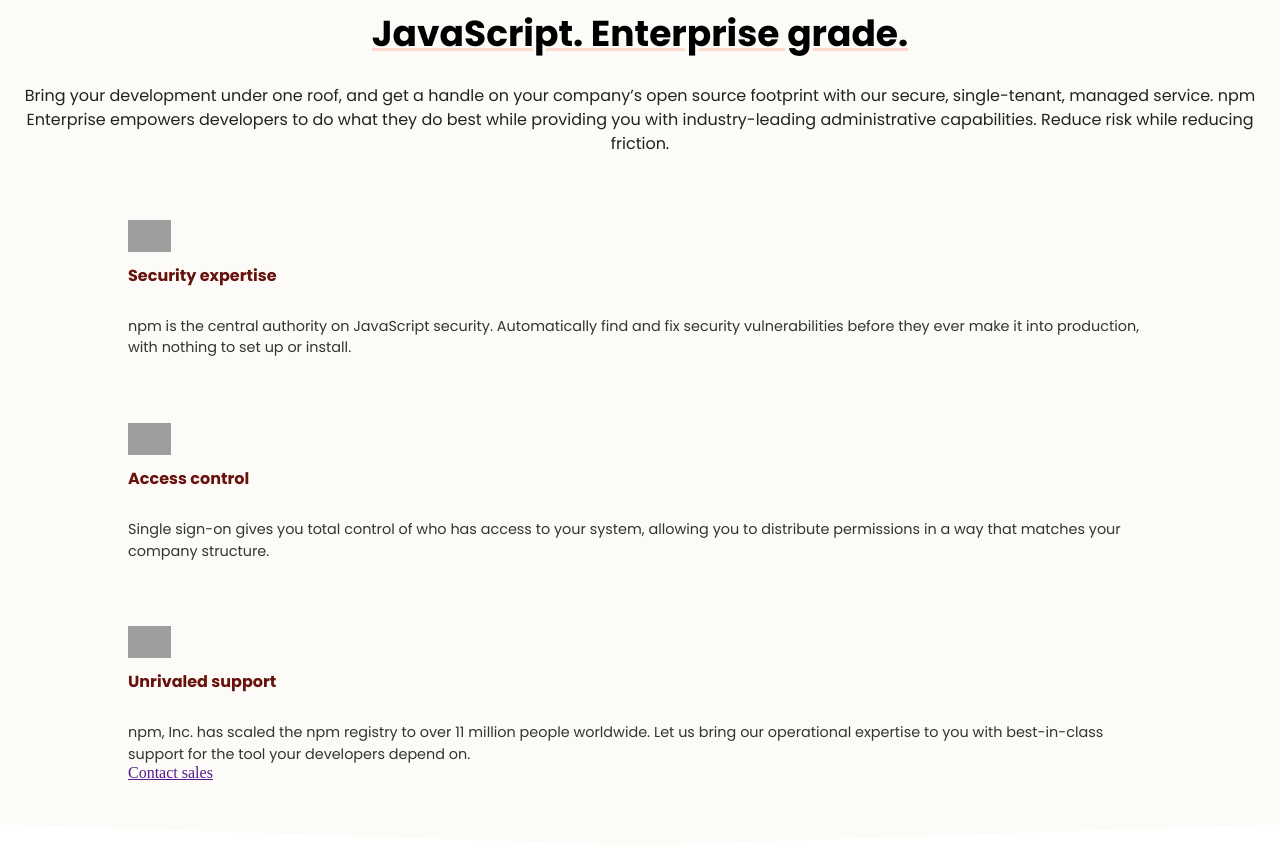
Repository: MarilynCuore/Ejercicico4
Page: index.html
These files come from the project's save history. The page is drawn as it stood at one moment and after the next save; the edit follows.
The browser window is 1280 px wide. The pictures show the part of the page from y = 2936 to 3781 px (the page is 3781 px tall before and 3717 px after).
Pictures or frames that could not be fetched are drawn as grey boxes. Some web libraries are served in a nearby version. The style sheet was rebuilt from its Sass, Less or Tailwind sources for each picture, by a compiler version that may differ from the author's.

Above is the page before, as saved 2019-05-26 22:59:23.

### index.html
<!DOCTYPE html>
<html lang="en">

<head>
    <meta charset="UTF-8">
    <meta name="viewport" content="width=device-width, initial-scale=1.0">
    <meta http-equiv="X-UA-Compatible" content="ie=edge">
    <title>Document</title>
    <link rel="stylesheet" href="./styles/styles.css">
    <link rel="stylesheet" href="./styles/reset.css">
    <link rel="stylesheet" href="https://use.fontawesome.com/releases/v5.8.2/css/all.css"
        integrity="sha384-oS3vJWv+0UjzBfQzYUhtDYW+Pj2yciDJxpsK1OYPAYjqT085Qq/1cq5FLXAZQ7Ay" crossorigin="anonymous">
</head>

<body>
    <!-- Header -->
    <header>
        <!-- Gradient -->
        <div class="gradient"></div>
        <nav class="main-nav">
            <!-- Menu -->
            <div class="principal-nav">
                <ul>
                    <li>❤</li>
                    <li><a href="">NaN producing Misery</a></li>
                </ul>
                <ul>
                    <li><a href="">npm Enterprise</a></li>
                    <li><a href="">Products</a></li>
                    <li><a href="">Solutions</a></li>
                    <li><a href="">Resources</a></li>
                    <li><a href="">Docs</a></li>
                    <li><a href="">Support</a></li>
                </ul>
            </div>
            <!-- Menu 2-->
            <div class="second-nav">
                <div class="logo">
                    <a href="">
                        <img src="./src/npmlogo.png" alt="">
                    </a>
                </div>
                <div class="login">
                    <a>Join</a>
                    <a>Log in</a>
                </div>
                <div class="search">
                    <input type="text" placeholder="Search packages">
                    <button>Search</button>
                </div>
            </div>
        </nav>
    </header>

    <!-- Section 1 -->
    <section class="principal-section">
        <div class="content-principal-section">
            <h1>Build amazing things</h1>
            <span>Essential JavaScript development tools that help you go to market faster and build powerful
                applications
                using modern open source code.</span>
        </div>
        <div class="action-principal-section">
            <a href="">See plans</a>
            <a href="">Join for free</a>
        </div>
    </section>

    <!-- Section 2 -->
    <section class="second-section">
        <div class="bg-image"></div>
        <div class="text-conten-second-section">
            <h2>Bring the best of open source to your company</h2>
            <p>npm is the tool used by over 11,000,000 JavaScript developers around the world. Your developers already
                use it. Your company depends on it. Create an Org and get more out of the tools your team already knows
                and loves.</p>
        </div>
    </section>

    <!-- Section 3 -->
    <section class="third-section">
        <article>
            <img src="https://static.npmjs.com/attachments/cjsdu28lz00nmph74dpr1pju0-zero-configuration.svg" alt="">
            <h3>Zero configuration</h3>
            <p>Create an org, add your team, and start collaborating. Nothing to configure, set up, or manage.</p>
        </article>
        <article>
            <img src="https://static.npmjs.com/attachments/cjsdu28r921djsp74bnt4i9t5-team-management.svg" alt="">
            <h3>Team management</h3>
            <p>Control who has access to what modules within your team namespace using straightforward team management
                capabilities.</p>
        </article>
        <article>
            <img src="https://static.npmjs.com/attachments/cjsdu27ac21d4u674dz9uoaoq-feature-parity.svg" alt="">
            <h3>Familiar features</h3>
            <p>npm Orgs has 100% parity with all the public npm registry features your developers already use.</p>
        </article>
        <article>
            <img src="https://static.npmjs.com/attachments/cjsdu28xd21her174xt02voit-npm-audit.svg" alt="">
            <h3>npm audit</h3>
            <p>Enjoy the security auditing features built into the npm client, a zero-friction way to make open source
                software safer.</p>
        </article>
        <div class="actions">
            <a href="">Create an Org</a>
        </div>
    </section>

    <!-- Section 4 -->
    <section class="section-four">
        <h1>npm enterprise</h1>
        <span>
            You need to get quality products to market fast but you also need enterprise-grade security and compliance.
            Speed up development while also upgrading to the most advanced tooling in JavaScript, from the trusted
            authorities on JavaScript package management.
        </span>
        <div class="action">
            <a href="">
                Learn more
            </a>
        </div>
    </section>

    <!-- Section 5 -->
    <section class="section-five">
        <div class="section-five-image"></div>
        <h1>JavaScript. Enterprise grade.</h1>
        <p>
            Bring your development under one roof, and get a handle on your company’s open source footprint with our
            secure, single-tenant, managed service. npm Enterprise empowers developers to do what they do best while
            providing you with industry-leading administrative capabilities. Reduce risk while reducing friction.
        </p>
        <div class="wrapper-section-five">
            <article>
                <img src="https://static.npmjs.com/attachments/cjsdu296u21dqu674wpwkzma0-security.svg" alt="">
                <h3>Security expertise</h3>
                <p>
                    npm is the central authority on JavaScript security. Automatically find and fix security
                    vulnerabilities before they ever make it into production, with nothing to set up or install.
                </p>
            </article>
            <article>
                <img src="https://static.npmjs.com/attachments/cjsdu28j721dou6741qpg638f-manage-team.svg" alt="">
                <h3>Access control</h3>
                <p>
                    Single sign-on gives you total control of who has access to your system, allowing you to distribute
                    permissions in a way that matches your company structure.
                </p>
            </article>
            <article>
                <img src="https://static.npmjs.com/attachments/cjsdu27au21gwr1749d0zpjid-fully-managed.svg" alt="">
                <h3>Unrivaled support</h3>
                <p>
                    npm, Inc. has scaled the npm registry to over 11 million people worldwide. Let us bring our
                    operational expertise to you with best-in-class support for the tool your developers depend on.
                </p>
            </article>
            <div class="action-article-five">
                <a href="">Contact sales</a>
            </div>
        </div>
    </section>
</body>

</html>

### styles/styles.scss
/* Fonts */
@import url("https://fonts.googleapis.com/css?family=Poppins:500,700&display=swap");
@import url("https://fonts.googleapis.com/css?family=Inconsolata:400,700&display=swap");
@import url("https://fonts.googleapis.com/css?family=Poppins:300&display=swap");
@import url("https://fonts.googleapis.com/css?family=Poppins&display=swap");
/* Variable */

/* Fonts */
$font: "Inconsolata", monospace;
$font2: "Poppins", sans-serif;
/* Colors */
$pink: #fb3e44;
$dark-red: #68120e;
$lighter-grey: rgba(0, 0, 0, 0.05);
$grey: rgba(0, 0, 0, 0.7);
$grey-background: rgba(232, 217, 217, 0.3);
$yellow: rgba(255, 204, 53, 0.4);
$yellowTwo: #f1c131;

/* all Inputs */
::-webkit-input-placeholder {
  color: #555;
  font-family: $font;
  padding-left: 0.5rem;
}
::-moz-placeholder {
  color: #555;
  font-family: $font;
  padding-left: 0.5rem;
} /* firefox 19+ */
:-ms-input-placeholder {
  color: #555;
  font-family: $font;
  padding-left: 0.5rem;
} /* ie */
input:-moz-placeholder {
  color: #555;
  font-family: $font;
  padding-left: 0.5rem;
}
/* Mobile Version */
header {
  overflow: hidden;
  box-shadow: 0 4px 13px -3px rgba(0, 0, 0, 0.10196);
  /* Gradient */
  .gradient {
    width: 100vw;
    height: 5px;
    background: rgba(255, 134, 41, 1);
    background: -moz-linear-gradient(
      left,
      rgba(255, 134, 41, 1) 0%,
      rgba(255, 98, 26, 1) 20%,
      rgba(224, 59, 26, 1) 37%,
      rgba(214, 52, 29, 1) 46%,
      rgba(196, 41, 33, 1) 61%,
      rgba(201, 44, 122, 1) 79%,
      rgba(216, 54, 252, 1) 100%
    );
    background: -webkit-gradient(
      left top,
      right top,
      color-stop(0%, rgba(255, 134, 41, 1)),
      color-stop(20%, rgba(255, 98, 26, 1)),
      color-stop(37%, rgba(224, 59, 26, 1)),
      color-stop(46%, rgba(214, 52, 29, 1)),
      color-stop(61%, rgba(196, 41, 33, 1)),
      color-stop(79%, rgba(201, 44, 122, 1)),
      color-stop(100%, rgba(216, 54, 252, 1))
    );
    background: -webkit-linear-gradient(
      left,
      rgba(255, 134, 41, 1) 0%,
      rgba(255, 98, 26, 1) 20%,
      rgba(224, 59, 26, 1) 37%,
      rgba(214, 52, 29, 1) 46%,
      rgba(196, 41, 33, 1) 61%,
      rgba(201, 44, 122, 1) 79%,
      rgba(216, 54, 252, 1) 100%
    );
    background: -o-linear-gradient(
      left,
      rgba(255, 134, 41, 1) 0%,
      rgba(255, 98, 26, 1) 20%,
      rgba(224, 59, 26, 1) 37%,
      rgba(214, 52, 29, 1) 46%,
      rgba(196, 41, 33, 1) 61%,
      rgba(201, 44, 122, 1) 79%,
      rgba(216, 54, 252, 1) 100%
    );
    background: -ms-linear-gradient(
      left,
      rgba(255, 134, 41, 1) 0%,
      rgba(255, 98, 26, 1) 20%,
      rgba(224, 59, 26, 1) 37%,
      rgba(214, 52, 29, 1) 46%,
      rgba(196, 41, 33, 1) 61%,
      rgba(201, 44, 122, 1) 79%,
      rgba(216, 54, 252, 1) 100%
    );
    background: linear-gradient(
      to right,
      rgba(255, 134, 41, 1) 0%,
      rgba(255, 98, 26, 1) 20%,
      rgba(224, 59, 26, 1) 37%,
      rgba(214, 52, 29, 1) 46%,
      rgba(196, 41, 33, 1) 61%,
      rgba(201, 44, 122, 1) 79%,
      rgba(216, 54, 252, 1) 100%
    );
    filter: progid:DXImageTransform.Microsoft.gradient( startColorstr='#ff8629', endColorstr='#d836fc', GradientType=1 );
  }
}

/* Main Nav */
.main-nav {
  display: flex;
  flex-direction: column;
  justify-content: center;
  background-color: white;
  /* Top  Nav */
  .principal-nav {
    display: flex;
    width: 100%;
    padding-left: 0.5rem;
    justify-content: space-between;
    padding-top: 0.25rem;
    padding-bottom: 0.4rem;
    border-bottom: solid 0.2px #e0e0e0;
    ul {
      display: flex;
      &:first-child {
        display: none;
      }
      li {
        flex-grow: 1;
        padding-right: 0.5rem;
        display: block;
        a {
          text-decoration: none;
          color: black;
          font-family: $font;
          font-weight: 500;
          text-decoration: none;
          font-size: 0.8rem;
        }
      }
    }
  }

  /* Second  Nav */
  .second-nav {
    display: flex;
    flex-wrap: wrap;
    .logo {
      width: 50%;
      padding-bottom: 1rem;
      a {
        img {
          padding-left: 0.5rem;
          padding-top: 0.5rem;
          width: 80px;
        }
      }
    }
    .login {
      width: 50%;
      font-family: $font2;
      color: $grey;
      text-align: right;
      padding-top: 0.7rem;
      a {
        padding-left: 0.5rem;
        font-size: 0.8rem;
        &:nth-of-type(1) {
          border: 1px solid #9a9a9a;
          padding: 5px;
        }
        &:nth-of-type(2) {
          padding-right: 0.5rem;
        }
      }
    }
    .search {
      border-top: solid 0.2px #e0e0e0;
      padding-left: 0.5rem;
      padding-top: 0.5rem;
      padding-bottom: 0.5rem;
      width: 100%;
      input {
        background-color: $lighter-grey;
        border: none;
        width: calc(100% - 25%);
        height: 40px;
        box-sizing: border-box;
      }
      button {
        width: 23%;
        background-color: $pink;
        border: none;
        color: white;
        height: 40px;
        box-sizing: border-box;
        font-family: $font;
        font-size: 0.875rem;
        padding-bottom: 0px;
      }
    }
  }
}

/* Principal Section */
.principal-section {
  background-color: $grey-background;
  height: calc(100vh - 120px);
  display: flex;
  flex-direction: column;
  align-items: center;
  .content-principal-section {
    display: flex;
    flex-direction: column;
    height: 50%;
    justify-content: center;
    text-align: center;
    max-width: 95%;
    h1 {
      font-size: 2.25rem;
      font-family: $font2;
      font-weight: bold;
      padding-bottom: 1rem;
    }
    span {
      font-family: $font2;
      font-size: 1.25rem;
      font-weight: 300;
    }
  }
  .action-principal-section {
    display: flex;
    flex-direction: column;
    justify-content: center;
    a {
      padding: 20px;
      min-width: 250px;
      text-align: center;
      font-family: $font2;
      font-weight: bold;
      &:nth-of-type(1) {
        background-color: $pink;
        box-shadow: 8px 8px 0 rgba(251, 59, 73, 0.2);
        color: white;
        text-decoration: none;
        margin-bottom: 2rem;
      }
      &:nth-of-type(2) {
        background-color: white;
        text-decoration: none;
        color: black;
        height: 16px;
      }
    }
  }
}
/* Second Section */
.second-section {
  height: 100vh;
  .bg-image {
    height: 50vh;
    background-image: url("https://static.npmjs.com/attachments/cjsdu27d721czsp74i05n4iey-best-open.svg");
    background-repeat: no-repeat;
    background-size: 50%;
    background-position: center;
  }
  .text-conten-second-section {
    max-width: 95%;
    height: 50vh;
    text-align: center;
    h2 {
      text-decoration: underline;
      text-decoration-color: $yellow;
      font-family: $font;
      font-weight: bold;
      font-size: 2.25rem;
      padding-bottom: 2rem;
    }
    p {
      font-size: 1rem;
      line-height: 1.5;
      font-family: $font;
    }
  }
}

/* Third Section */
.third-section {
  margin: 0 auto;
  max-width: 80%;
  article {
    img {
      width: 32px;
    }
    h3 {
      font-size: 1rem;
      margin-top: 1rem;
      font-family: $font2;
      color: $pink;
      margin-bottom: 700;
      font-weight: bold;
      padding-bottom: 1.5rem;
    }
    p {
      color: #333;
      font-family: $font2;
      font-weight: 400;
      line-height: 1.5;
      font-size: 0.9rem;
      margin-bottom: 4rem;
    }
  }
  .actions {
    width: 100%;
    display: flex;
    justify-content: center;
    padding-bottom: 3.5rem;

    a {
      margin-top: 2rem;
      font-size: 1rem;
      color: white;
      background: black;
      min-width: 250px;
      font-family: $font2;
      font-weight: bold;
      text-decoration: none;
      padding: 20px;
      text-align: center;
      box-shadow: 8px 8px 0 rgba(128, 83, 35, 0.2);
    }
  }
}
.section-four {
  background: url(https://static.npm.red/attachments/cjsdqox9k0kgel1beo12x4x6e-line-final.full.png),
    radial-gradient(farthest-corner ellipse, #580f0b 22%, #120707 100%);
  min-height: 25rem;
  h1 {
    margin: 0 auto;
    max-width: 80%;
    font-size: 2.25rem;
    letter-spacing: 0.1em;
    font-weight: 600;
    color: $yellowTwo;
    font-family: $font;
    padding-top: 6rem;
  }
  span {
    margin: 0 auto;
    max-width: 80%;
    font-size: 1.25rem;
    line-height: 1.5;
    font-family: $font;
    color: $yellowTwo;
    font-family: $font;
    text-align: center;
    display: block;
    padding-top: 3rem;
  }
  .action {
    padding-top: 4rem;
    display: flex;
    justify-content: center;
    padding-bottom: 4rem;
    a {
      padding: 1.25rem;
      min-width: 15.625rem;
      text-align: center;
      color: black;
      text-decoration: none;
      background-color: $yellowTwo;
      box-shadow: 8px 8px 0 rgba(241, 193, 49, 0.2);
      font-family: $font;
      position: relative;
      &:after {
        font-family: "Font Awesome 5 Free";
        content: "\f105";
        display: inline-block;
        font-size: 1.25rem;
        color: black;
        padding-left: 0.62rem;
        position: absolute;
        font-weight: 900;
      }
    }
  }
}
.section-five {
  clip-path: polygon(0 0, 100% 0, 100% 98%, 50% 100%, 0 98%);
  background: #fdfbf7;
  .section-five-image {
    background-image: url("https://static.npmjs.com/attachments/cjsbzwq57u0jxtc74vglc8ff9-gak-only.full.png");
    background-repeat: no-repeat;
    background-size: 50%;
    background-position: center;
    height: 30vh;
  }
  h1 {
    text-decoration: underline;
    text-decoration-color: rgba(251, 82, 40, 0.2);
    font-size: 2.25rem;
    font-weight: 600;
    color: black;
    font-family: $font2;
    text-align: center;
    padding-bottom: 2rem;
    padding-top: 1rem;
  }
  p {
    line-height: 1.5;
    font-weight: 400;
    font-family: $font2;
    text-align: center;
    font-size: 1rem;
  }
  .wrapper-section-five {
    margin: 0 auto;
    max-width: 80%;
    padding-left: 1rem;
    padding-right: 1rem;
    padding-top: 4rem;
    padding-bottom: 4rem;
    article {
      &:nth-of-type(1) {
        img {
          padding-top: 0;
        }
      }
      img {
        height: 2rem;
        padding-top: 4rem;
      }
      h3 {
        margin-top: 1rem;
        margin-bottom: 2rem;
        font-weight: 700;
        color: $dark-red;
        font-family: $font2;
      }
      p {
        font-weight: 400;
        font-family: $font2;
        line-height: 1.5;
        font-size: 0.9rem;
        color: #333;
        text-align: left;
      }
    }
  }
}

/*Media Query*/
@media only screen and (min-width: 960px) {
  .principal-nav {
    ul {
      &:first-child {
        display: inline-block;
      }
    }
  }
  .principal-section {
    .action-principal-section {
      flex-direction: row;
      a {
        &:nth-of-type(1) {
          margin-right: 3rem;
        }
      }
    }
  }
}

Loaded but not shown: styles/reset.css (common file)

After the next save:
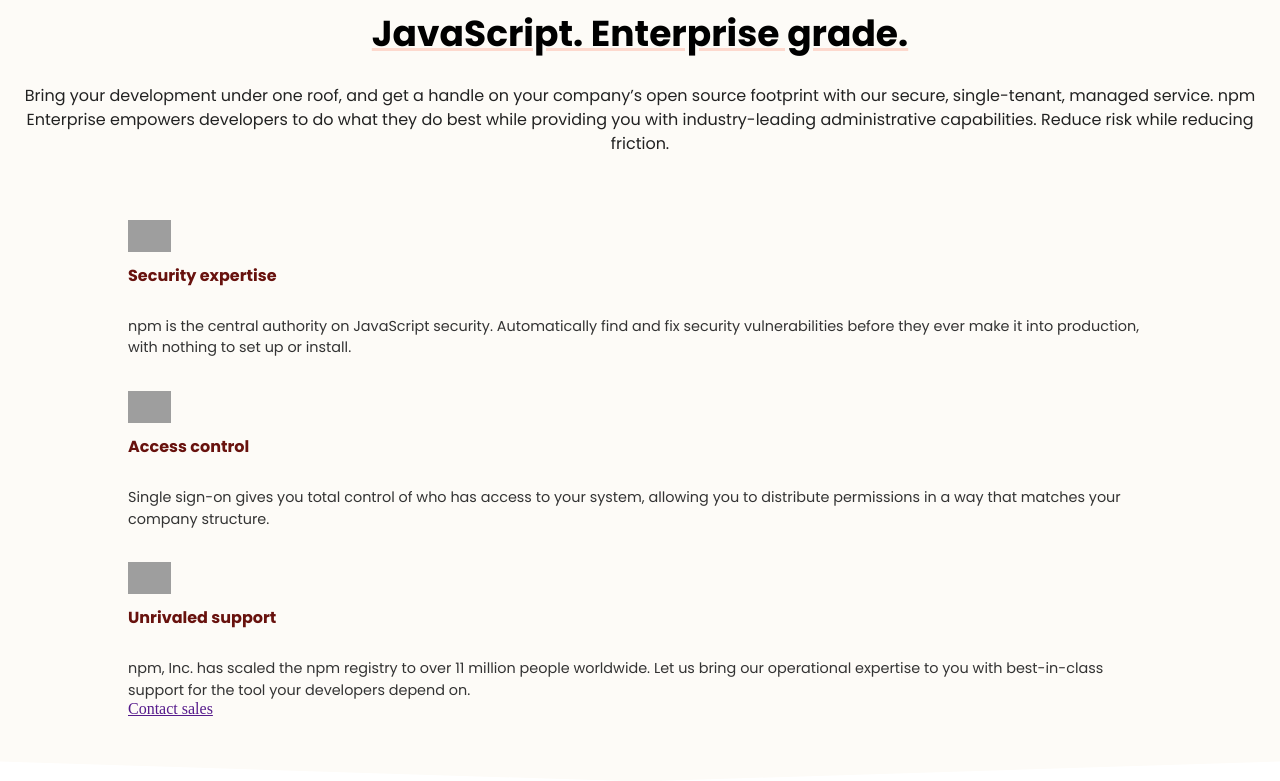
Saved 17 s later.
--- a/styles/styles.scss
+++ b/styles/styles.scss
@@ -435,7 +435,7 @@
       }
       img {
         height: 2rem;
-        padding-top: 4rem;
+        padding-top: 2rem;
       }
       h3 {
         margin-top: 1rem;
